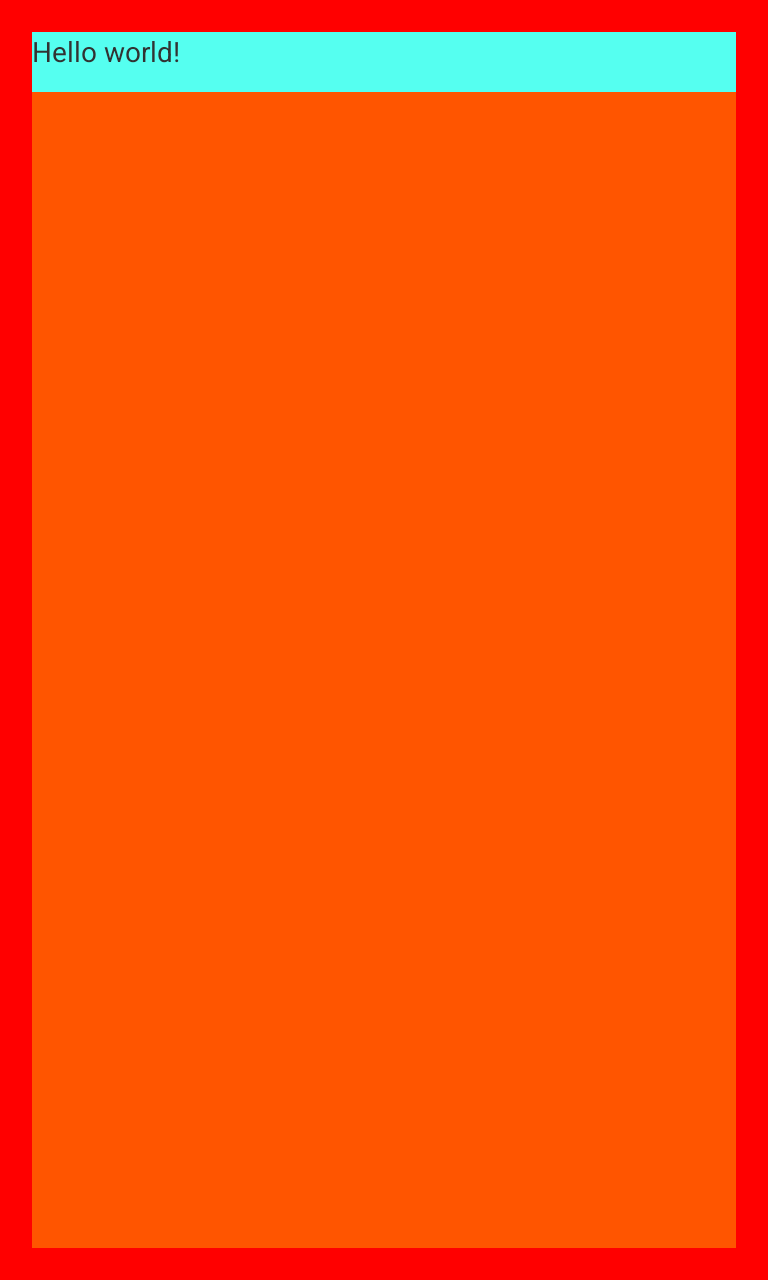
Repository: ablanchard/formation-android
Layout: ParlezVousAndroid/res/layout/fragment_main.xml
These files come from the project's save history. The layout is drawn as it stood at one moment and after the next save; the edit follows.
It is drawn on a 768 x 1280 px phone screen (xhdpi) without system bars, with theme AppTheme; the app's code is not run.

Above is the layout before, as saved 2014-04-29 08:30:57.

### ParlezVousAndroid/res/layout/fragment_main.xml
<RelativeLayout xmlns:android="http://schemas.android.com/apk/res/android"
    xmlns:tools="http://schemas.android.com/tools"
    android:layout_width="match_parent"
    android:layout_height="match_parent"
    android:paddingBottom="@dimen/activity_vertical_margin"
    android:paddingLeft="@dimen/activity_horizontal_margin"
    android:paddingRight="@dimen/activity_horizontal_margin"
    android:paddingTop="@dimen/activity_vertical_margin"
    android:background="#FFFF0000"
    tools:context="com.example.parlezvousandroid.MainActivity$PlaceholderFragment" >

    <LinearLayout
    android:layout_width="match_parent"
    android:layout_height="wrap_content"
    android:background="#FFFFFF00"
     android:orientation="vertical"
        >
        <TextView android:layout_width="wrap_content"
        android:layout_height="wrap_content"
        android:text="@string/form"/>

    </LinearLayout>
     <LinearLayout
    android:layout_width="match_parent"
    android:layout_height="match_parent"
    android:background="#FFFF5500"
     android:orientation="vertical"

        ></LinearLayout>
      <LinearLayout
    android:layout_width="match_parent"
    android:layout_height="30dp"
    android:background="#FF55FFF0"
     android:orientation="vertical"

        ></LinearLayout>
    <TextView
        android:layout_width="wrap_content"
        android:layout_height="wrap_content"
        android:text="@string/hello_world" />

</RelativeLayout>

### ParlezVousAndroid/res/values/strings.xml
<?xml version="1.0" encoding="utf-8"?>
<resources>

    <string name="app_name">ParlezVousAndroid</string>
    <string name="hello_world">Hello world!</string>
    <string name="action_settings">Settings</string>
    <string name="form">Formulaire de connexion</string>
    <string name="name">Nom d'utilisateur</string>
    <string name="pass">Mot de passe</string>


</resources>

Loaded but not shown: ParlezVousAndroid/res/values/styles.xml (common file); ParlezVousAndroid/res/values-v11/styles.xml (common file); ParlezVousAndroid/res/values-v14/styles.xml (common file); ParlezVousAndroid/res/values/dimens.xml (common file); ParlezVousAndroid/res/values-w820dp/dimens.xml (common file)

After the next save:
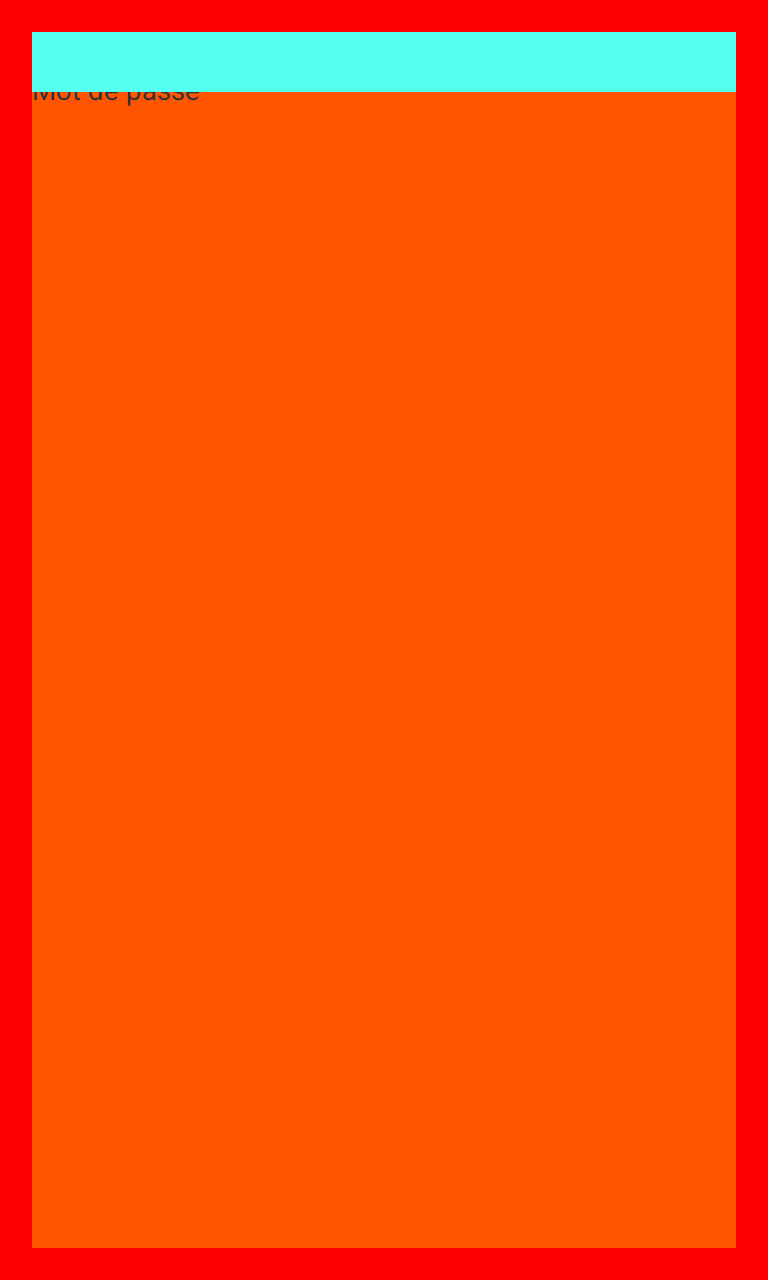
Saved 55 s later.
--- a/ParlezVousAndroid/res/layout/fragment_main.xml
+++ b/ParlezVousAndroid/res/layout/fragment_main.xml
@@ -13,30 +13,34 @@
     android:layout_width="match_parent"
     android:layout_height="wrap_content"
     android:background="#FFFFFF00"
-     android:orientation="vertical"
-        >
-        <TextView android:layout_width="wrap_content"
+     android:orientation="vertical">
+        <TextView
+        android:layout_width="wrap_content"
         android:layout_height="wrap_content"
         android:text="@string/form"/>
-
     </LinearLayout>
-     <LinearLayout
+    <LinearLayout
     android:layout_width="match_parent"
     android:layout_height="match_parent"
     android:background="#FFFF5500"
-     android:orientation="vertical"
+    android:orientation="vertical">
+        <TextView
+        android:layout_width="wrap_content"
+        android:layout_height="wrap_content"
+        android:text="@string/name"/>
+        <EditText />
+        <TextView
+        android:layout_width="wrap_content"
+        android:layout_height="wrap_content"
+        android:text="@string/pass"/>
+        <EditText />
 
-        ></LinearLayout>
-      <LinearLayout
+    </LinearLayout>
+    <LinearLayout
     android:layout_width="match_parent"
     android:layout_height="30dp"
     android:background="#FF55FFF0"
-     android:orientation="vertical"
+    android:orientation="vertical">
 
-        ></LinearLayout>
-    <TextView
-        android:layout_width="wrap_content"
-        android:layout_height="wrap_content"
-        android:text="@string/hello_world" />
-
+    </LinearLayout>
 </RelativeLayout>
